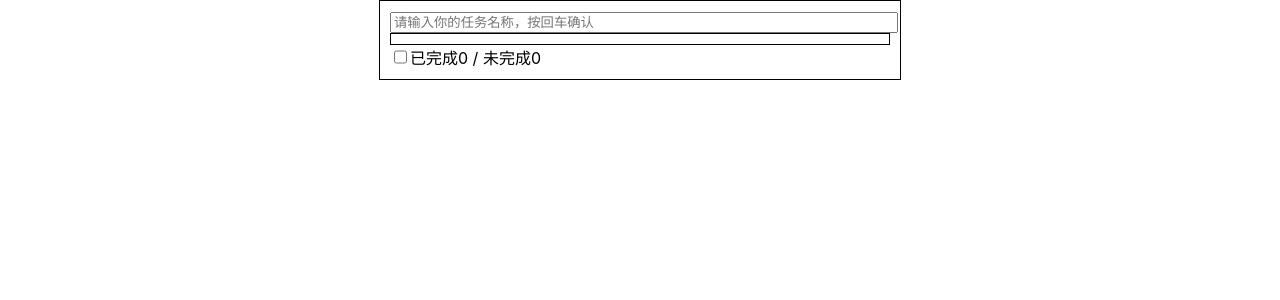
Repository: Gaays/React-todo-list
Page: /
The author's editor kept a copy of each file at every save. The page is drawn from the files as they stood at one save, then again after the next save.
The browser window is 1280 px wide. The pictures show the whole page.
The project was rebuilt for these pictures with package versions that can differ from the ones it lists, and the page was loaded fresh each time. Also part of the build but not shown: src/components/TodoItem/index.css, src/components/TodoItem/index.jsx.

Above is the page before, as saved 2022-10-17 20:56:40.

### src/App.js
import './App.scss';
import Todo from './components/Todo';

function App() {
  return (
    <div className="App">
      <Todo />
    </div>
  );
}

export default App;

### src/App.scss
.App {
  text-align: center;
  display: flex;
  flex-direction: column;
  align-items: center;
  justify-content: center;
  box-sizing: border-box;
}

.App-logo {
  height: 40vmin;
  pointer-events: none;
}

@media (prefers-reduced-motion: no-preference) {
  .App-logo {
    animation: App-logo-spin infinite 20s linear;
  }
}

.App-header {
  background-color: #282c34;
  min-height: 100vh;
  display: flex;
  flex-direction: column;
  align-items: center;
  justify-content: center;
  font-size: calc(10px + 2vmin);
  color: white;
}

.App-link {
  color: #61dafb;
}

@keyframes App-logo-spin {
  from {
    transform: rotate(0deg);
  }

  to {
    transform: rotate(360deg);
  }
}

### src/components/Todo/index.jsx
import React, { Component } from "react";
import './index.scss'
import TodoItem from '../TodoItem'


class TodoInput extends Component {
  state = {
    label: ''
  }
  handleInput = (e) => {
    this.setState({ label: e.target.value })
  }
  handleSubmit = (e) => {
    if (e.code === 'Enter') {
      this.props.submit(this.state.label)
      this.setState({ label: '' })

    }
  }
  render() {
    return (
      <div>
        <input className="todo-input" type="text" value={this.state.label} onChange={this.handleInput} onKeyUp={this.handleSubmit} placeholder="请输入你的任务名称，按回车确认" />
      </div>
    );
  }
}

export default class Todo extends Component {
  state = {
    list: [],
    checkAll: false
  }
  addListItem = (label) => {
    const id = Number(new Date())
    let list = this.state.list.slice()
    list.unshift({ label: label, id: id, check: false })
    this.setState(() => {
      return { list: list }
    })
  }
  changeState = (id, state) => {
    const newList = this.state.list.slice()
    const item = newList.find(item => item.id === id)
    let checkAll = false
    if (item) {
      item.check = state
    }
    if (this.state.list.length > 0 && this.getUndoneCount === 0) {
      checkAll = true
    }
    this.setState(() => {
      return { list: newList, checkAll: checkAll }
    })
  }

  handleCheckAll = () => {
    const checkAllFlag = !this.state.checkAll
    const list = this.state.list.slice()
    list.forEach(item => {
      item.check = checkAllFlag
    })
    this.setState(() => {
      return { list: list, checkAll: checkAllFlag }
    })
  }

  get getDoneCount() {
    const doneCount = this.state.list.filter(item => item.check).length
    return doneCount
  }

  get getUndoneCount() {
    return this.state.list.filter(item => item.check === false).length
  }


  render() {
    const todoList = this.state.list.map((item) => {
      return <TodoItem data={item} key={item.id} changeState={this.changeState} />
    })
    return (
      <div className="todo-box">
        <TodoInput submit={this.addListItem} />
        <div className="todo-list">{todoList}</div>
        <div className="state-box">
          <input type="checkbox" checked={this.state.checkAll} onChange={this.handleCheckAll} />
          <div>已完成{this.getDoneCount} / 未完成{this.getUndoneCount}</div>
        </div>
      </div>
    )
  }
}

### src/components/Todo/index.scss
.todo-box {
  width: 500px;
  border: 1px solid #000;
  padding: 10px;
  text-align: center;

  .todo-input {
    width: 100%;
  }

  .todo-list {
    border: 1px solid #000;
    min-height: 10px
  }

  .state-box {
    display: flex;
  }
}

Loaded but not shown: public/index.html (common file); src/index.js (common file); src/index.css (common file); src/reportWebVitals.js (common file)

After the next save:
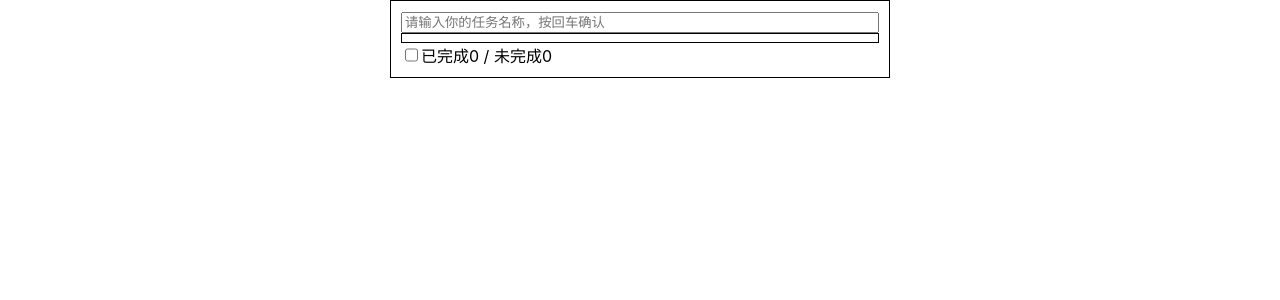
Saved 53 s later.
--- a/src/App.scss
+++ b/src/App.scss
@@ -1,10 +1,19 @@
+html {
+  box-sizing: border-box;
+}
+
+*,
+*:before,
+*:after {
+  box-sizing: inherit;
+}
+
 .App {
   text-align: center;
   display: flex;
   flex-direction: column;
   align-items: center;
   justify-content: center;
-  box-sizing: border-box;
 }
 
 .App-logo {
